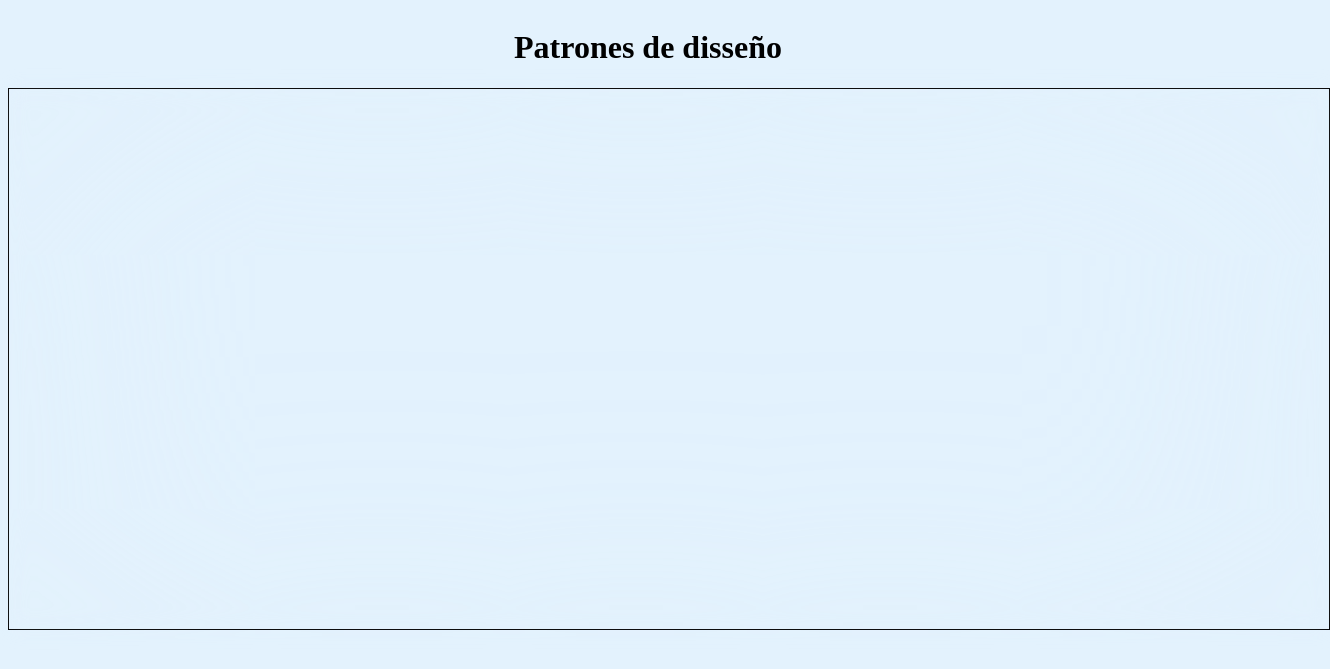
Repository: nrsWebs/design-pattern-es
Page: index.html
These files come from the project's save history. The page is drawn as it stood at one moment and after the next save; the edit follows.
The browser window is 1280 px wide. The page is 1330 px wide, so the pictures cover 1330 px, including what lies to the right of the window. The pictures show the whole page.

Above is the page before, as saved 2021-02-06 18:21:49.

After the next save:
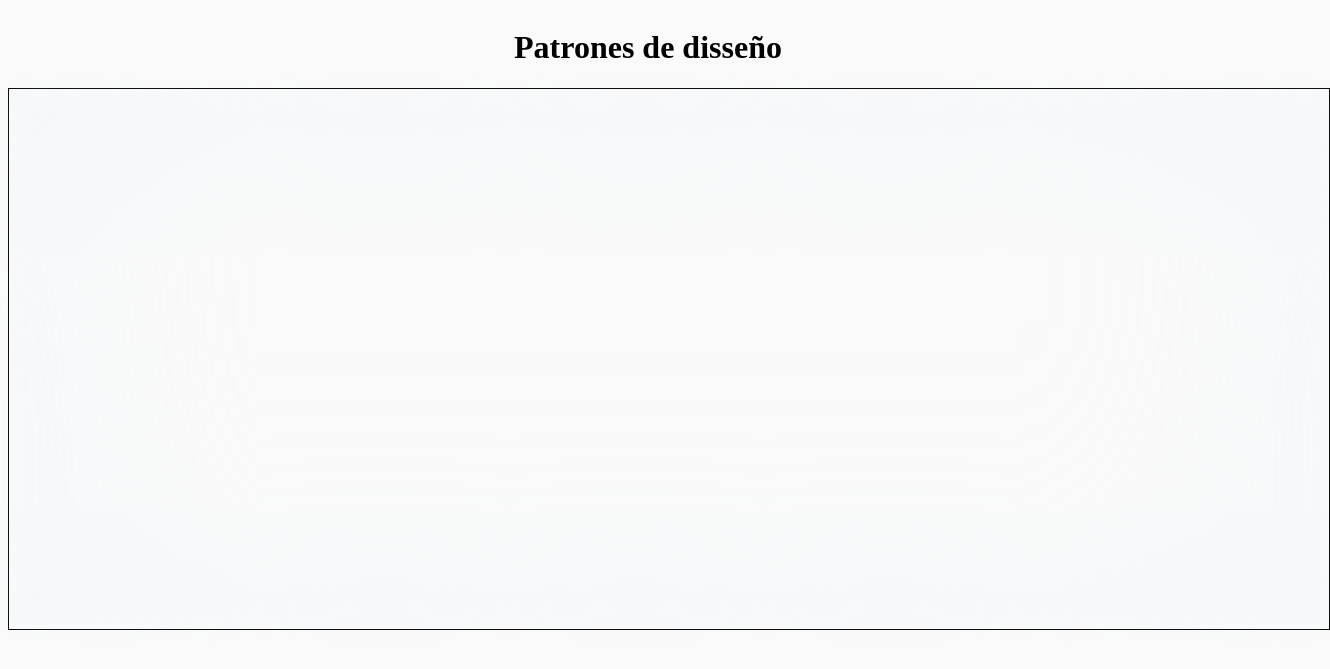
Saved 17 s later.
--- a/source/main.css
+++ b/source/main.css
@@ -1,5 +1,5 @@
 :root {
-    --main: #E3F2FD;
+    --main: #FAFAFA;
     --secondary: rgba(227, 242, 253, 0.35);
     --auxiliar: #DB5461
   }
